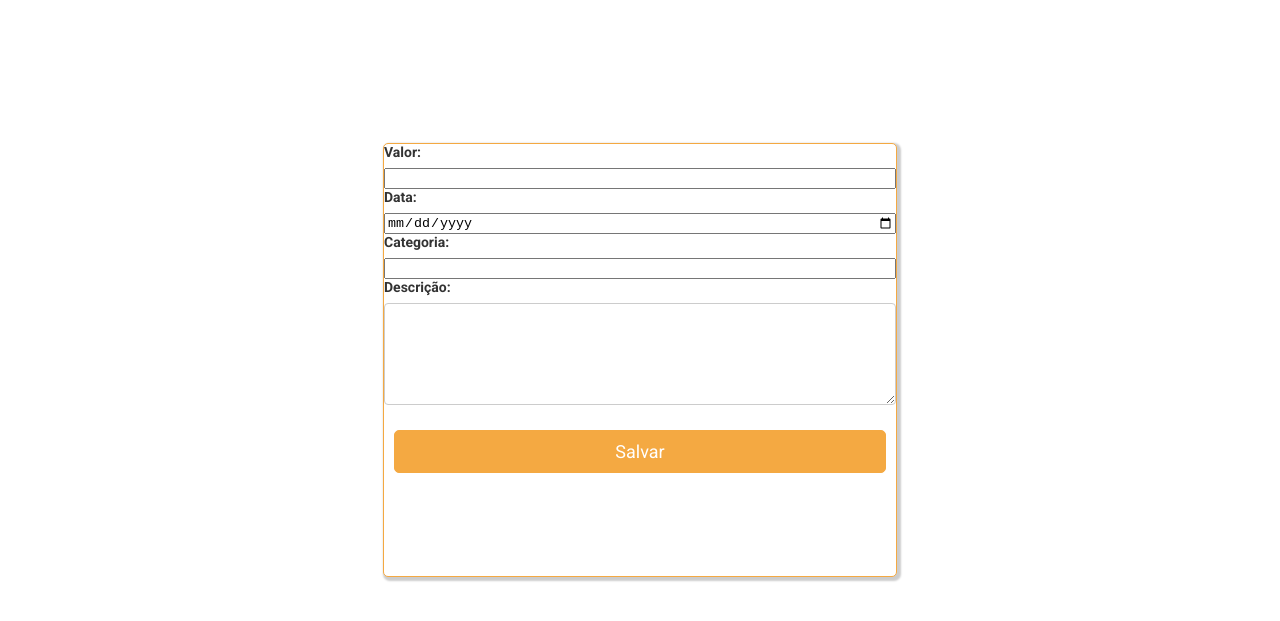
Repository: alexsanderkafka/java-servlets
Page: http://localhost/SaveMoney/cadastrarDespesa.jsp
An editor plug-in stored every save of this project. The page is shown before and after the next save, followed by the edit.
The browser window is 1280 px wide. The pictures show the whole page.
The page is served by Tomcat 9. Nobody is signed in. The application's start-up code is not run.

Above is the page before, as saved 2024-10-03 12:49:35.

After the next save:
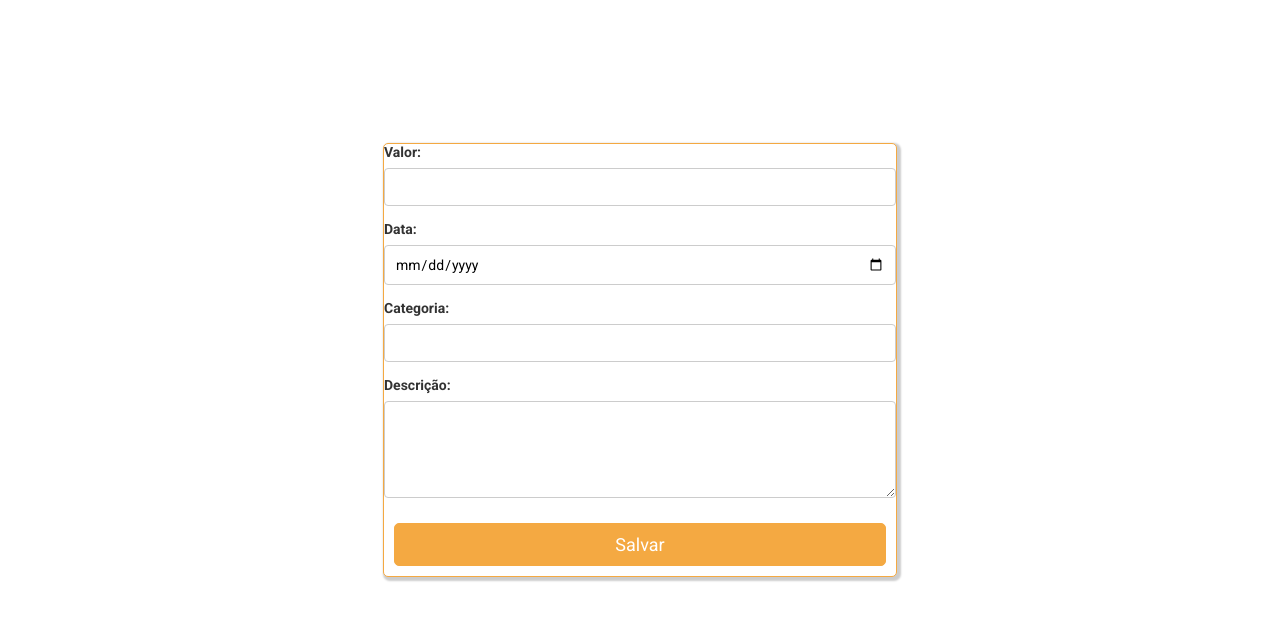
Saved 13 s later.
--- a/SaveMoney/src/main/webapp/styles/style.css
+++ b/SaveMoney/src/main/webapp/styles/style.css
@@ -98,7 +98,7 @@
     color: #333;
 }
 
-.container-initial inpu,
+.container-initial input,
 .container-initial textarea {
     width: 100%;
     padding: 10px;
